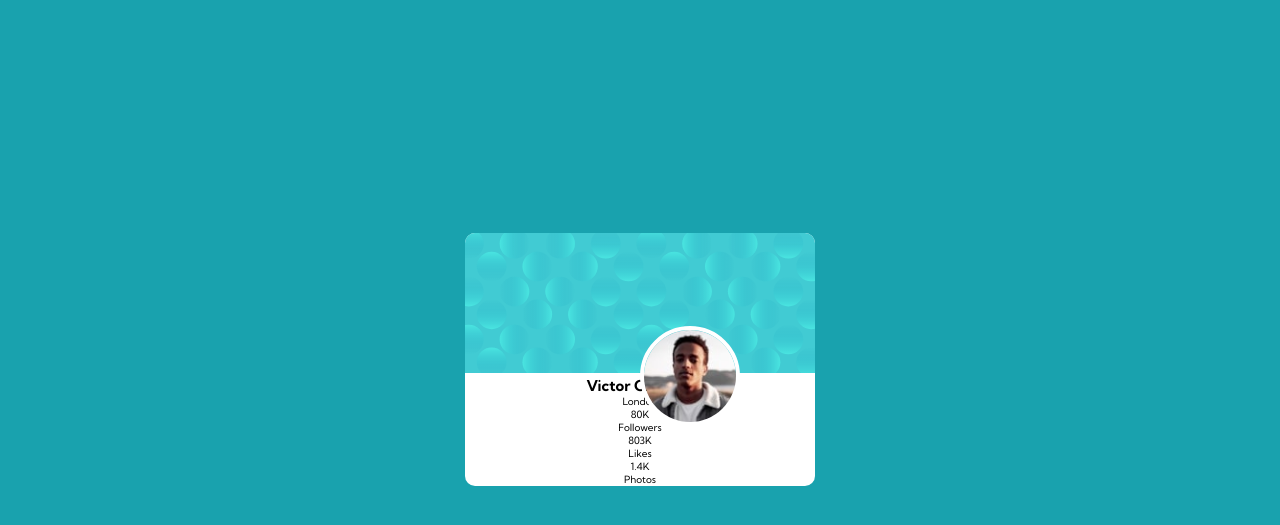
Repository: thaibaocoder1/profile-card-component-main
Page: index.html
These files come from the project's save history. The page is drawn as it stood at one moment and after the next save; the edit follows.
The browser window is 1280 px wide. The pictures show the whole page.

Above is the page before, as saved 2023-01-11 13:52:13.

After the next save:
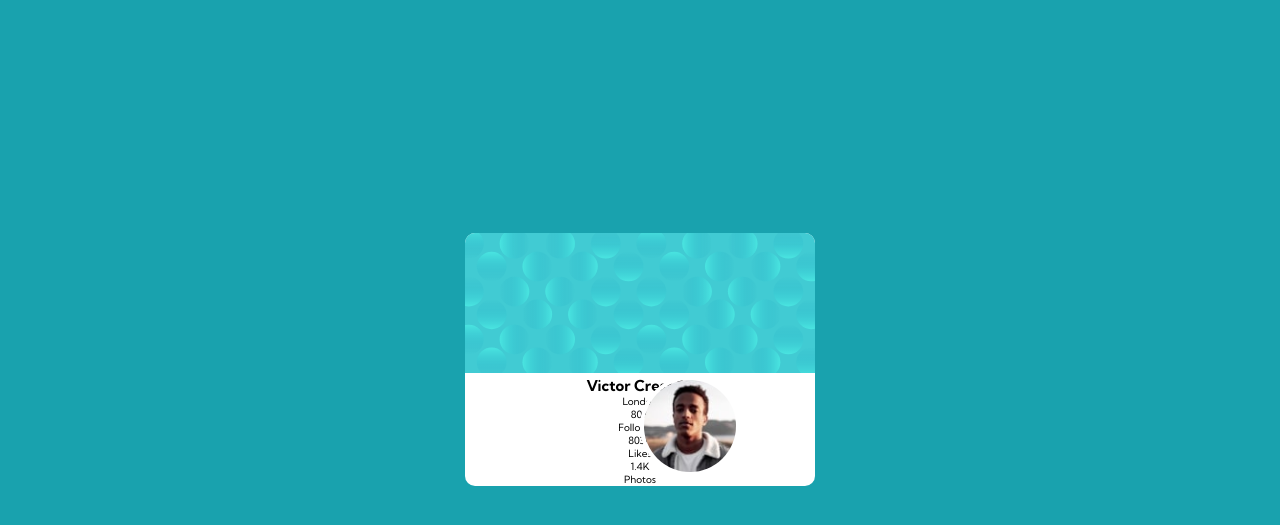
Saved 16 s later.
--- a/style.css
+++ b/style.css
@@ -47,5 +47,4 @@
     position: absolute;
     top: 0;
     left: 50%;
-    transform: translateY(-50%);
 }

After the save that followed:
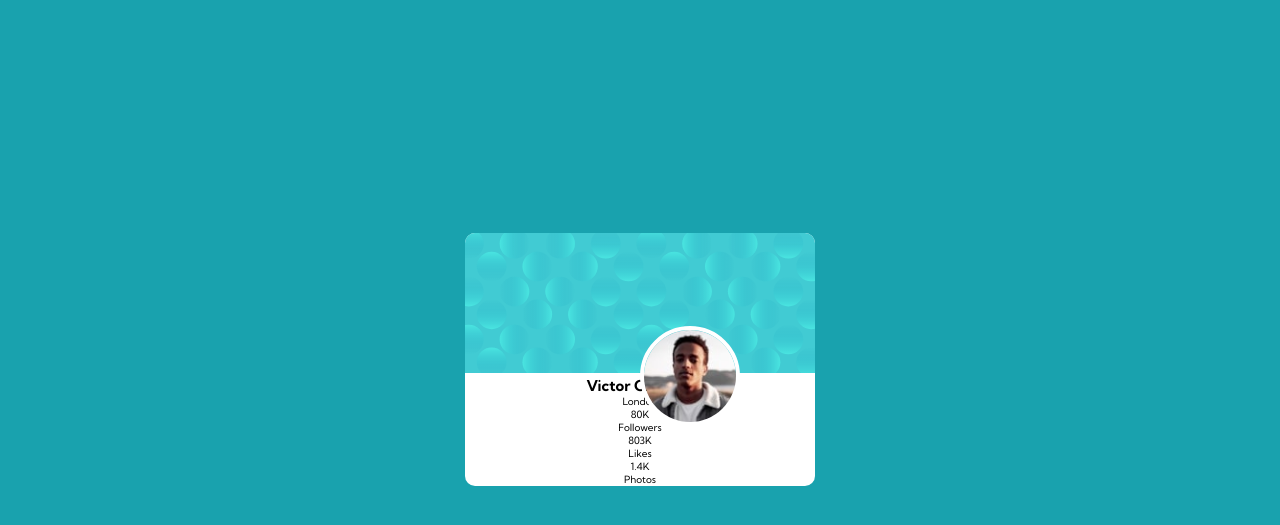
Saved 12 s later.
--- a/style.css
+++ b/style.css
@@ -47,4 +47,5 @@
     position: absolute;
     top: 0;
     left: 50%;
+    transform: translateY(-50%);
 }
